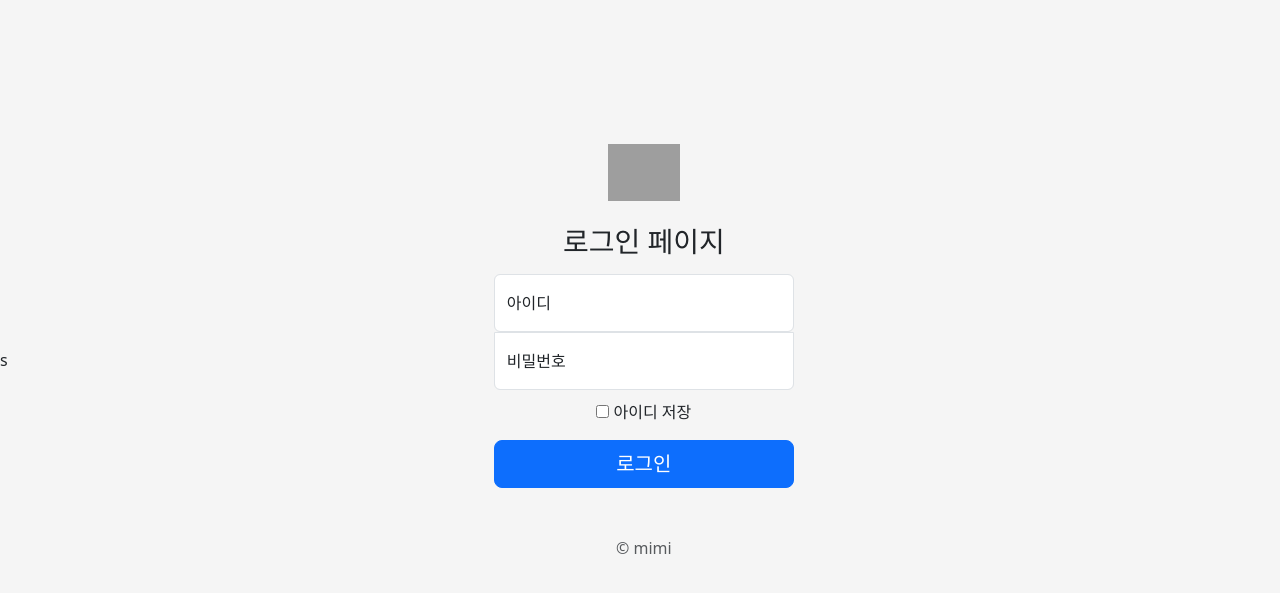
Repository: cheez0909/JSP
Page: http://localhost/1103/session/ServletEX/Main.jsp
An editor plug-in stored every save of this project. The page is shown before and after the next save, followed by the edit.
The browser window is 1280 px wide. The pictures show the whole page.
Pictures or frames that could not be fetched are drawn as grey boxes. The page is served by Tomcat 9. Other server files are loaded and not shown.

Above is the page before, as saved 2023-11-09 00:22:36.

### 1103/src/main/webapp/session/ServletEX/Main.jsp
s<%@ page language="java" contentType="text/html; charset=UTF-8"
    pageEncoding="UTF-8"%>
<!DOCTYPE html>
<html>
<head>
<meta charset="UTF-8">
<title>Insert title here</title>
<link href="https://cdn.jsdelivr.net/npm/bootstrap@5.3.1/dist/css/bootstrap.min.css" rel="stylesheet" integrity="sha384-4bw+/aepP/YC94hEpVNVgiZdgIC5+VKNBQNGCHeKRQN+PtmoHDEXuppvnDJzQIu9" crossorigin="anonymous">
<style>

   html,
   body {
     height: 100%;
   }

   body {
     display: flex;
     align-items: center;
     padding-top: 40px;
     padding-bottom: 40px;
     background-color: #f5f5f5;
   }

   .form-signin {
     width: 100%;
     max-width: 330px;
     padding: 15px;
     margin: auto;
   }

   .form-signin .checkbox {
     font-weight: 400;
   }

   .form-signin .form-floating:focus-within {
     z-index: 2;
   }

   .form-signin input[type="email"] {
     margin-bottom: -1px;
     border-bottom-right-radius: 0;
     border-bottom-left-radius: 0;
   }

   .form-signin input[type="password"] {
     margin-bottom: 10px;
     border-top-left-radius: 0;
     border-top-right-radius: 0;
   }

</style>
</head>
<body>
<body class="text-center">
   <main class="form-signin">
      <form action="login.jsp" method="post">
         <img class="mb-4" src="https://cdn-icons-png.flaticon.com/512/310/310869.png" alt="" width="72" height="57">
         <h1 class="h3 mb-3 fw-normal">로그인 페이지</h1>

         <div class="form-floating">
            <input type="text" class="form-control" id="id" placeholder="아이디 입력...">
            <label for="id">아이디</label>
         </div>
         <div class="form-floating">
            <input type="password" class="form-control" id="pwd" placeholder="Password">
            <label for="pwd">비밀번호</label>
         </div>

         <div class="checkbox mb-3">
            <label>
               <input type="checkbox" value="remember-me"> 아이디 저장
            </label>
         </div>
         <button class="w-100 btn btn-lg btn-primary" type="submit">로그인</button>
         <p class="mt-5 mb-3 text-muted">&copy; mimi</p>
      </form>
   </main>
<script src="https://cdn.jsdelivr.net/npm/bootstrap@5.3.1/dist/js/bootstrap.bundle.min.js" integrity="sha384-HwwvtgBNo3bZJJLYd8oVXjrBZt8cqVSpeBNS5n7C8IVInixGAoxmnlMuBnhbgrkm" crossorigin="anonymous"></script>
</body>
</html>

After the next save:
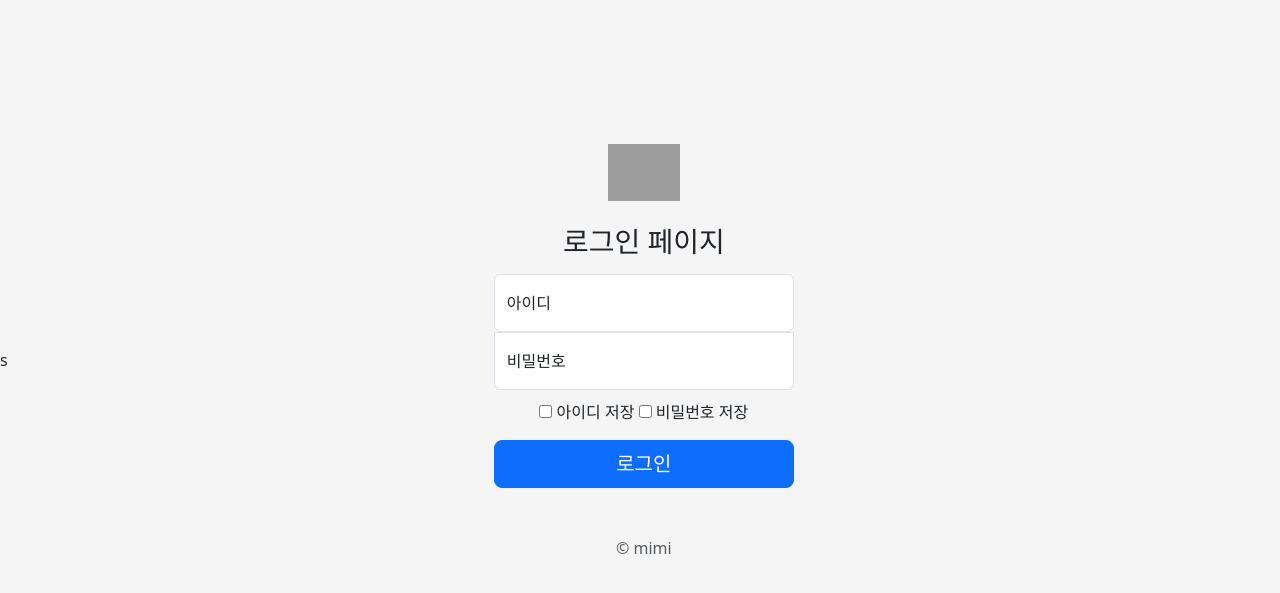
Saved 36 s later.
--- a/1103/src/main/webapp/session/ServletEX/Main.jsp
+++ b/1103/src/main/webapp/session/ServletEX/Main.jsp
@@ -70,6 +70,9 @@ s<%@ page language="java" contentType="text/html; charset=UTF-8"
             <label>
                <input type="checkbox" value="remember-me"> 아이디 저장
             </label>
+            <label>
+               <input type="checkbox" value="remember-me"> 비밀번호 저장
+            </label>
          </div>
          <button class="w-100 btn btn-lg btn-primary" type="submit">로그인</button>
          <p class="mt-5 mb-3 text-muted">&copy; mimi</p>
